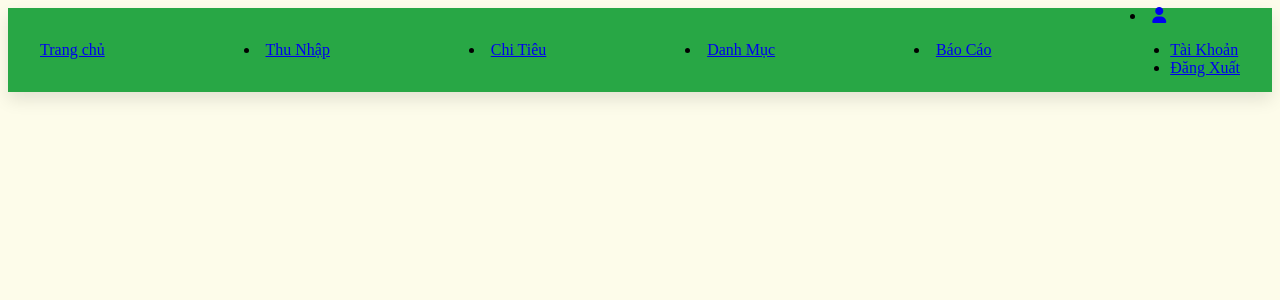
Repository: Dien973/expense_manager
Page: http://localhost/expense_manager/user_page/home.php
These files come from the project's save history. The page is drawn as it stood at one moment and after the next save; the edit follows.
The browser window is 1280 px wide. The pictures show the whole page.
The page is run by PHP 8.4 with error messages shown; the project is at /var/www/html/.

Above is the page before, as saved 2025-12-05 18:45:34.

### user_page/home.php
<?php

@include '../config.php';
session_start();
?>

<!DOCTYPE html>
<html lang="en">
<head>
    <meta charset="UTF-8">
   <meta http-equiv="X-UA-Compatible" content="IE=edge">
   <meta name="viewport" content="width=device-width, initial-scale=1.0">
   <title>Trang Chủ</title>

   <!-- font awesome cdn link  -->
   <link rel="stylesheet" href="https://cdnjs.cloudflare.com/ajax/libs/font-awesome/6.0.0/css/all.min.css">

   <!-- custom css file link  -->
   <link rel="stylesheet" href="../css/main.css">
   <link rel="stylesheet" href="../css/header.css">
</head>
<body>
    <?php @include 'header.php'; ?>
</body>
</html>

### config.php
<?php
// Kết nối đến cơ sở dữ liệu MySQL
$servername = "localhost";
$username = "root";
$password = "";
$dbname = "qly_chi_tieu";

// Tạo kết nối
$conn = mysqli_connect($servername, $username, $password, $dbname);

// Kiểm tra kết nối
if (!$conn) {
    die("Connection failed: " . mysqli_connect_error());
}
?>

### user_page/header.php
<?php
if(isset($message)){
   foreach($message as $message){
      echo '
      <div class="message">
         <span>'.$message.'</span>
         <i class="fas fa-times" onclick="this.parentElement.remove();"></i>
      </div>
      ';
   }
}
?>

<header class="header">

    <div class="flex">

        <a href="home.php" class="logo">Trang chủ</a>
        <li><a href="income.php">Thu Nhập </a></li>
        <li><a href="expense.php">Chi Tiêu</a></li>
        <li><a href="category.php">Danh Mục</a></li>
        <!--li><a href="budget.php">Ngân Sách</a></li-->
        <li><a href="report.php">Báo Cáo</a></li>
        <li class="dropdown">
            <a href="#" id="user-btn" class="fas fa-user"></a>
            <ul class="dropdown-menu">
                <li><a href="login.php">Tài Khoản</a></li>
                <li><a href="signup.php">Đăng Xuất</a></li>
            </ul>
        </li>


        <!--div class="icons">
            <a href="account_page.php" id="user-btn" class="fas fa-user"></a>
        </div-->



    </div>

</header>

### css/main.css
body {
  background-color: rgb(253, 252, 234);
}
/*----------FORM ĐĂNG NHẬP------------*/
.form-container {
  display: flex;
  align-items: center;
  justify-content: center;
  min-height: 100vh;
}

.form-container form {
  padding: 1.5rem;
  border-radius: 0.5rem;
  border: #000 solid 2px;
  background-color: #ffffff;
  box-shadow: 0 0.5rem 1rem rgba(0, 0, 0, 0.1);
  width: 50rem;
  text-align: center;
}

.form-container form h3 {
  font-size: 2.5rem;
  text-transform: uppercase;
  color: #000;
  margin-bottom: 1rem;
}

.form-container form .box {
  width: 100%;
  padding: 1.2rem 1.4rem;
  font-size: 1.8rem;
  color: #000;
  border: #000 solid 2px;
  background-color: #fff;
  margin: 1rem 0;
  border-radius: 0.5rem;
  position: relative;
}

.form-container form i {
  color: #000;
  font-size: 2.5rem;
  margin-right: 1rem;
}

.form-container form p,
.form-container form .forgot-pwd {
  margin-top: 1.5rem;
  font-size: 2rem;
  color: #666;
}

.form-container form p a,
.form-container form .forgot-pwd a {
  color: #9e9d9d;
}

.form-container form p a:hover,
.form-container form .forgot-pwd a:hover {
  color: #567bb2;
}

/*-- forgot password --*/
.form-container form .forgot-pwd {
  margin-top: 1rem;
  margin-bottom: 1rem;
  font-size: 2rem;
}

/*--- BUTTON ---*/
.btn {
  display: inline-block;
  border-radius: 0.5rem;
  margin-top: 1rem;
  font-size: 1.8rem;
  color: #494848;
  cursor: pointer;
  padding: 1rem 3rem;
  text-transform: capitalize;
}

.btn {
  background-color: rgb(243, 241, 200);
}

.btn:hover {
  background-color: rgb(255, 252, 212);
}

/* --- EYE TRONG Ô INPUT --- */

.form-container form .inpt {
  position: relative;
  display: flex;
  align-items: center;
}

.form-container form .inpt input.box {
  width: 100%;
  padding-right: 45px;
  box-sizing: border-box;
}

.form-container form .toggle-eye,
.form-container form .eye {
  position: absolute !important;
  right: 15px !important;
  top: 50% !important;
  transform: translateY(-50%) !important;
  font-size: 42px;
  cursor: pointer;
  color: #aaa;
  z-index: 10;
}

/*---------- THÔNG BÁO------------*/
.message-overlay {
  position: fixed;
  top: 0;
  left: 0;
  width: 100%;
  height: 100%;
  background: rgba(0, 0, 0, 0.5);
  display: flex;
  justify-content: center;
  align-items: center;
  z-index: 20000;
}

/* Hộp thông báo */
.message-box {
  background: #fff;
  padding: 2rem 3rem;
  border-radius: 10px;
  text-align: center;
  min-width: 350px;
  max-width: 80%;
  box-shadow: 0 10px 25px rgba(0, 0, 0, 0.3);
  position: relative;
  animation: popupShow 0.25s ease-out;
}

/* Nội dung */
.message-box span {
  font-size: 2rem;
  color: #000;
}

/* Icon đóng */
.message-box i {
  position: absolute;
  top: 10px;
  right: 12px;
  font-size: 2.2rem;
  color: #c0392b;
  cursor: pointer;
  transition: 0.2s;
}

.message-box i:hover {
  transform: rotate(90deg);
}

/* Animation hiển thị */
@keyframes popupShow {
  from {
    opacity: 0;
    transform: scale(0.8);
  }
  to {
    opacity: 1;
    transform: scale(1);
  }
}

### css/header.css
.header {
  position: sticky;
  top: 0;
  left: 0;
  right: 0;
  background-color: #28a745;
  z-index: 1000;
  box-shadow: 0 0.5rem 1rem rgba(0, 0, 0, 0.1);
}

.header .flex {
  margin: 0 auto;
  display: flex;
  align-items: center;
  justify-content: space-between;
  padding: 1.5rem 2rem;
  max-width: 1400px;
  position: relative;
  max-height: 5vh;
}
/*
.header .flex .logo {
  font-size: 2.5rem;
  color: #cfeadb;
}

.header .flex li {
  list-style: none;
  float: left;
  position: relative;
}

.header .flex li a {
  font-size: 2rem;
  padding: 1rem 1.5rem;
  display: block;
  color: #cfeadb;
  text-transform: capitalize;
}

.header .flex li a:hover {
  background-color: #28a745;
  color: #fff;
}

.header .flex li ul {
  position: absolute;
  left: 0;
  width: 15rem;
  background-color: #fff;
  animation: fadeIn 0.2s linear;
  display: none;
}

.header .flex li ul li {
  width: 100%;
}

.header .flex li:hover ul {
  display: inline-block;
  position: absolute;
  background-color: #28a745;
  width: 150px;
}

.header .flex .icons > * {
  font-size: 2.5rem;
  margin-left: 1rem;
  color: #000;
  cursor: pointer;
}

.header .flex .icons > *:hover {
  color: #3b3b98;
}

.header .flex .icons span {
  font-size: 2rem;
}

.header .flex .account-box {
  position: absolute;
  top: 120%;
  right: 2rem;
  background-color: #fff;
  border: solid 2px #000;
  text-align: center;
  box-shadow: 0 0.5rem 1rem rgba(0, 0, 0, 0.1);
  padding: 2rem;
  border-radius: 0.5rem;
  width: 33rem;
  display: none;
  animation: fadeIn 0.2s linear;
}

.header .flex .account-box.active {
  display: block;
}

.header .flex .account-box p {
  padding-bottom: 1rem;
  font-size: 2rem;
  color: #666;
  line-height: 1.5;
}

.header .flex .account-box p span {
  color: #3b3b98;
}

.header .flex .account-box .delete-btn {
  margin-top: 0.5rem;
}

/*----------------------------------------*
.header .flex {
  padding: 2rem;
}

.header .flex .navbar ul li {
  width: 100%;
  padding: 0.5rem;
}

.header .flex li ul {
  position: static;
  width: 100%;
  animation: none;
  background-color: var(--light-bg);
}

.header .flex li ul li {
  padding-left: 2rem;
}
*/

After the next save:
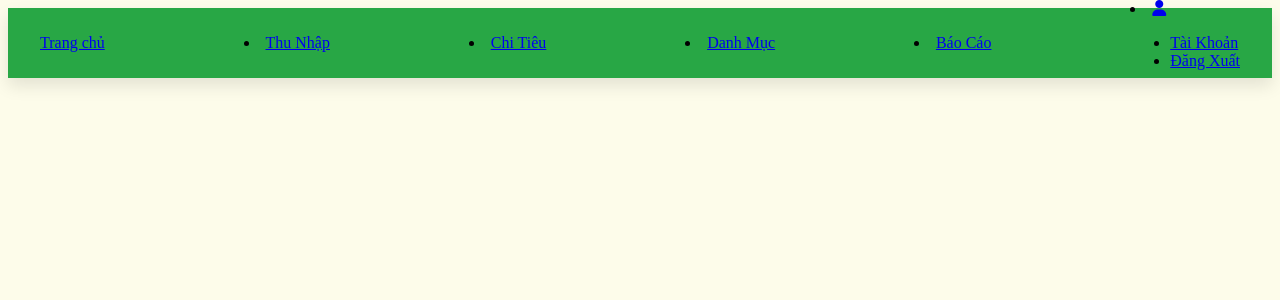
Saved 18 s later.
--- a/css/header.css
+++ b/css/header.css
@@ -16,7 +16,7 @@
   padding: 1.5rem 2rem;
   max-width: 1400px;
   position: relative;
-  max-height: 5vh;
+  max-height: 3vh;
 }
 /*
 .header .flex .logo {
